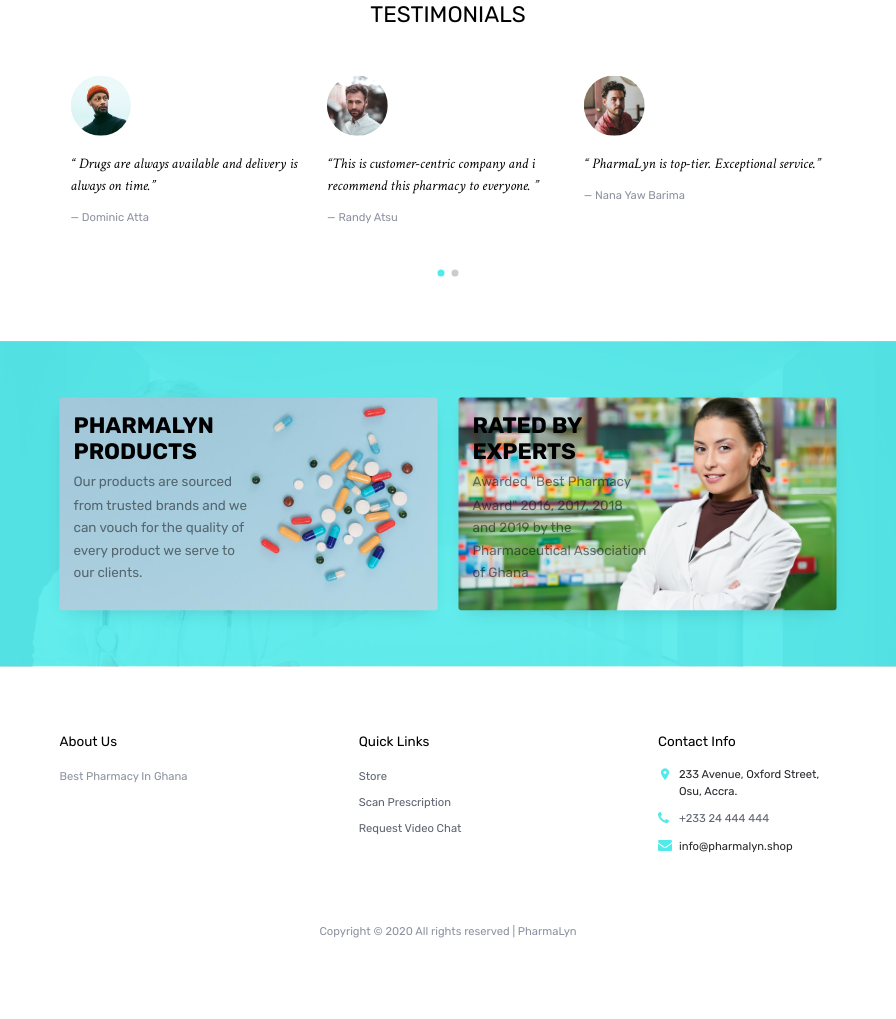
Repository: Nat-A/finalyearproject
Page: pharma/index - Copy.html
These files come from the project's save history. The page is drawn as it stood at one moment and after a run of saves; the edit follows.
The browser window is 1280 px wide. The pictures show the part of the page from y = 1087 to 3007 px (the page is 2543 px tall before and 3007 px after), at 70% of full size.

Above is the page before, as saved 2020-06-03 13:30:32.

After the next 2 saves:
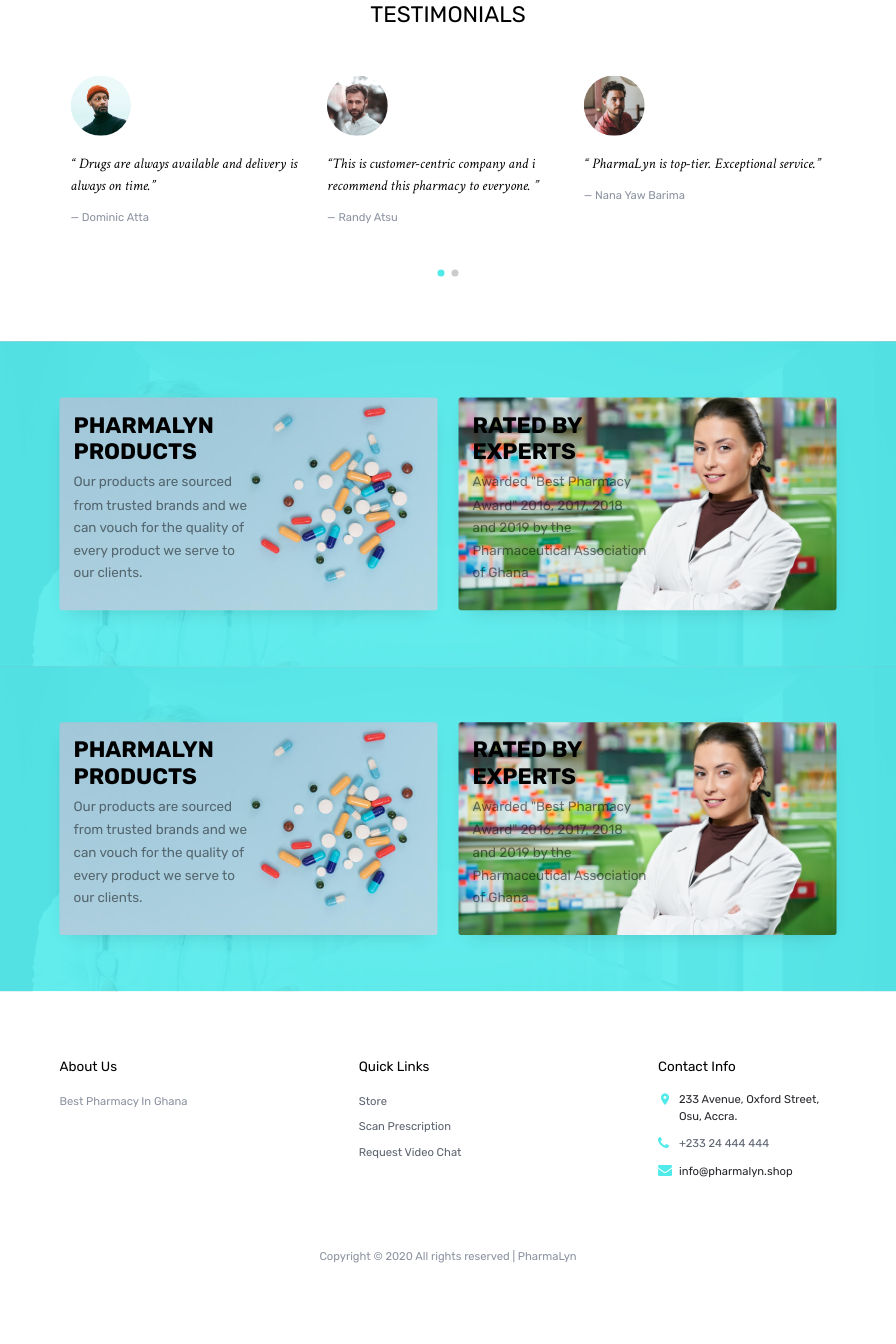
The 2 saves are shown as one change because they came seconds apart.
The last was saved 67 s later.
--- a/pharma/index - Copy.html
+++ b/pharma/index - Copy.html
@@ -218,6 +218,33 @@
         </div>
         <!-- end of ad -->
 
+        <!-- site ad -->
+        <div class="site-section bg-secondary bg-image " style="background-image: url( 'images/bg_2.jpg'); ">
+            <div class="container ">
+                <div class="row align-items-stretch ">
+                    <div class="col-lg-6 mb-5 mb-lg-0 ">
+                        <a class="banner-1 h-100 d-flex " style="background-image: url( 'images/bg_1.jpg'); ">
+                            <div class="banner-1-inner align-self-center ">
+                                <h2>PharmaLyn Products</h2>
+                                <p>Our products are sourced from trusted brands and we can vouch for the quality of every product we serve to our clients.
+                                </p>
+                            </div>
+                        </a>
+                    </div>
+                    <div class="col-lg-6 mb-5 mb-lg-0 ">
+                        <a class="banner-1 h-100 d-flex " style="background-image: url( 'images/avatars/doctor4.jpg'); ">
+                            <div class="banner-1-inner align-self-center ">
+                                <h2>Rated by Experts</h2>
+                                <p>Awarded "Best Pharmacy Award" 2016, 2017, 2018 and 2019 by the Pharmaceutical Association of Ghana
+                                </p>
+                            </div>
+                        </a>
+                    </div>
+                </div>
+            </div>
+        </div>
+        <!-- end of ad -->
+
         <!-- footer -->
         <footer class="site-footer ">
             <div class="container ">
